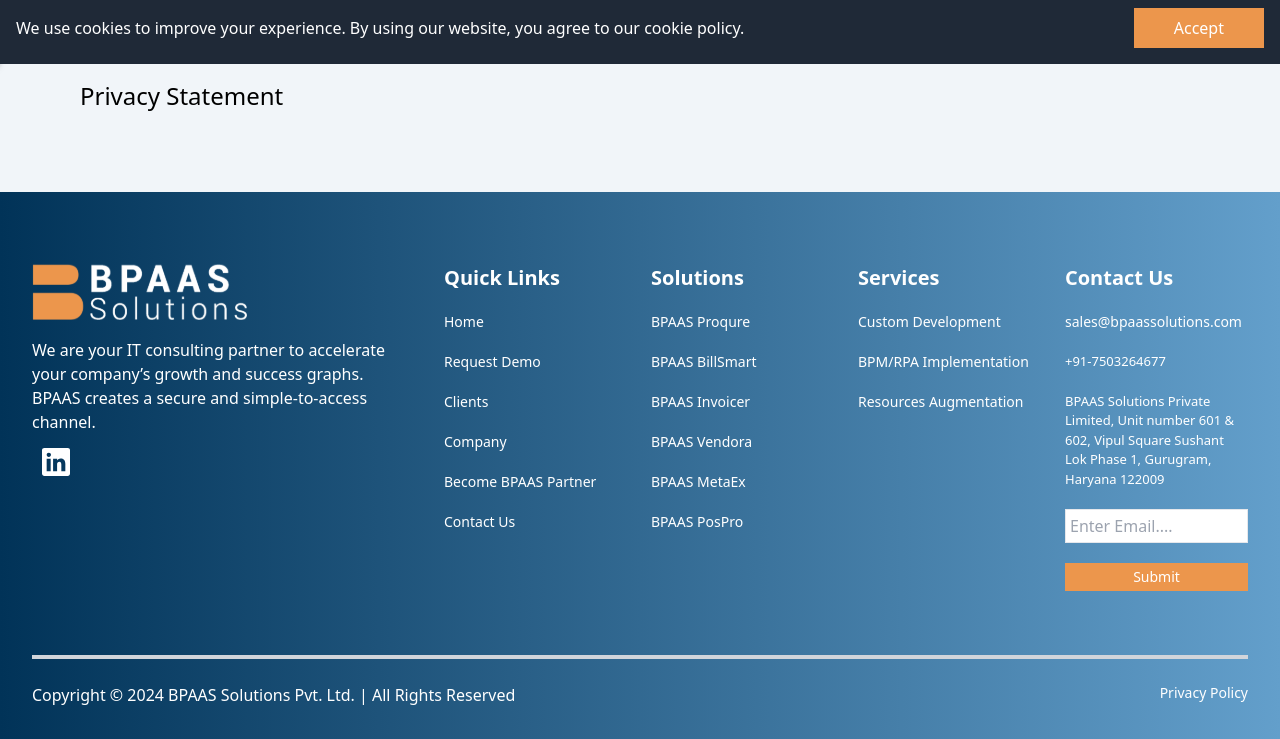
Repository: captainalpha/BP-Website
Page: /services/bp-services
The author's editor kept a copy of each file at every save. The page is drawn from the files as they stood at one save, then again after the next save.
The browser window is 1280 px wide. The pictures show the part of the page from y = 656 to 1399 px (the page is 1395 px tall before and 1399 px after).
The project was rebuilt for these pictures with package versions that can differ from the ones it lists, and the page was loaded fresh each time. The framework's server and built-in components were replaced by stand-ins that run in the browser. Also part of the build but not shown: next.config.js, components/common/TopBanner.js, components/common/SectionHeader.js.

Above is the page before, as saved 2024-08-13 15:00:11.

### pages/_app.js
import Navbar from "../components/common/Navbar";
import "../styles/globals.css";
import Footer from "../components/common/Footer";

import "swiper/css";
import "swiper/css/navigation";
import "swiper/css/pagination";



import { motion, AnimatePresence } from "framer-motion";
import CookiesMain from "../components/common/CookiesMain";

// import styles from './slider.module.scss'
function MyApp({ Component, pageProps, router }) {
  const spring = {
    type: "spring",
    damping: 20,
    stiffness: 100,
    when: "afterChildren",
  };
  return (
    <>
      <div className="z-50 scroll-smooth">
        <Navbar />
      </div>
      <AnimatePresence>
        <div className="page-transition-wrapper">
          <motion.div
            transition={spring}
            key={router.pathname}
            initial={{ y: -300, opacity: 0 }}
            animate={{ y: 0, opacity: 1 }}
            exit={{ y: 300, opacity: 0 }}
            id="page-transition-container"
          >
            <Component {...pageProps} /> <Footer />{" "}
            <CookiesMain/>
          </motion.div>
        </div>
      </AnimatePresence>
    </>
  );
}

export default MyApp;

### pages/services/bp-services.js
import TopBanner from "../../components/common/TopBanner";
import SectionHeader from "../../components/common/SectionHeader";
import TopBanner2 from "../../components/common/TopBanner2";
import Image from "next/image";

function BpServices() {
  return (
    <div>
      <div className="relative">
        <TopBanner2
          image={"/images/policy-service2.jpg"}
          title="Privacy Policy"
          discription="This Privacy Policy explains how we collect, use, disclose, and safeguard your information when you visit our website."
          btnShow={false}
        />
        <div className="absolute top-[1em] right-[10em]">
          <Image
            src="/images/privacypolicy2.png"
            className="w-1/2 mx-auto"
            width="500"
            height="500"
            alt="customer-developement"
          />
        </div>
      </div>


      <div className=" bg-slate-100  p-[5em]">
        <div className="container mx-auto">
         <div className="text-left">
            <h1 className="text-2xl">Privacy Statement</h1>
         </div>
        </div>
      </div>
    </div>
  );
}

export default BpServices;

### styles/globals.css
@tailwind base;
@tailwind components;
@tailwind utilities;

.mySwiper {
  padding: 0 3rem;
}
.swiper-button-next {
  color: white;
  font-size: 20px !important;
}
.swiper-button-prev {
  color: white;
  font-size: 20px !important;
}
.swiper-button-prev:after {
  color: white;
  font-size: 20px !important;
}
.swiper-button-next:after {
  color: white;
  font-size: 20px !important;
}
.container-bpaas{
  max-width: 1100px;
}

/* .swiper-button-prev {

  background-image: url("data:[embedded picture, 251 characters]");
} */
.swiper-button-prev:after {

  border: 2px solid white;
  border-radius: 30%;
  /* width: 25%; */
  background: #ec964c;
  padding: 20%;
}
/* .swiper-button-next {
  background-image: url("data:[embedded picture, 251 characters]");
} */
.swiper-button-next:after {

  border: 2px solid white;
  border-radius: 30%;
  /* width: 25%; */
  background: #ec964c;
  padding: 20%;
}

@media only screen and (max-width: 600px) {
  .swiper-button-next:after {
    display: none;
  }
}
@media only screen and (max-width: 600px) {
  .swiper-button-prev:after {
    display: none;
  }
}




/*OEM Modal */
@layer utilities {
  @keyframes modalOpen {
    0% {
      clip-path: polygon(0 0, 0 0, 0 100%, 0 100%);
      opacity: 0;
    }
    100% {
      clip-path: polygon(0 0, 100% 0, 100% 100%, 0 100%);
      opacity: 1;
    }
  }

  @keyframes modalClose {
    0% {
      clip-path: polygon(0 0, 100% 0, 100% 100%, 0 100%);
      opacity: 1;
    }
    100% {
      clip-path: polygon(50% 0, 50% 0, 50% 100%, 50% 100%);
      opacity: 0;
    }
  }

  .animate-modalOpen {
    animation: modalOpen 0.5s forwards;
  }

  .animate-modalClose {
    animation: modalClose 0.5s forwards;
  }

  .custom-aspect-ratio {
    box-shadow: rgba(149, 157, 165, 0.2) 0px 8px 24px;
    aspect-ratio: 3 / 2;
  }
}

### components/common/Footer.js
import Image from "next/image";
import Link from "next/link";

export default function Footer() {
  return (
    <footer className=" bg-gradient-to-r from-primary to-secondary text-white p-5 md:p-8">
      <div className="  py-10 ">
        <div className="lg:grid lg:grid-cols-9 gap-5">
          <div className="w-full  lg:col-span-3">
            <div className=" space-y-3">
              <div className="">
                <Image
                  alt=""
                  src={require("../../assets/bpass-logo-white.svg")}
                />
              </div>

              <p className="max-w-sm mt-4 ">
                We are your IT consulting partner to accelerate your company’s
                growth and success graphs. BPAAS creates a secure and
                simple-to-access channel.
              </p>

              <div className="flex mt-4 ">
                <a
                  href="https://www.linkedin.com/company/bpaas-solutions-pvt-ltd/"
                  className="mx-2 "
                  aria-label="Linkden"
                >
                  <svg className="w-8 h-8 fill-current" viewBox="0 0 512 512">
                    <path d="M444.17,32H70.28C49.85,32,32,46.7,32,66.89V441.61C32,461.91,49.85,480,70.28,480H444.06C464.6,480,480,461.79,480,441.61V66.89C480.12,46.7,464.6,32,444.17,32ZM170.87,405.43H106.69V205.88h64.18ZM141,175.54h-.46c-20.54,0-33.84-15.29-33.84-34.43,0-19.49,13.65-34.42,34.65-34.42s33.85,14.82,34.31,34.42C175.65,160.25,162.35,175.54,141,175.54ZM405.43,405.43H341.25V296.32c0-26.14-9.34-44-32.56-44-17.74,0-28.24,12-32.91,23.69-1.75,4.2-2.22,9.92-2.22,15.76V405.43H209.38V205.88h64.18v27.77c9.34-13.3,23.93-32.44,57.88-32.44,42.13,0,74,27.77,74,87.64Z" />
                  </svg>
                </a>

                {/* <a href="/contact-us" className="mx-2 " aria-label="Facebook">
                  <svg className="w-4 h-4 fill-current" viewBox="0 0 512 512">
                    <path d="M455.27,32H56.73A24.74,24.74,0,0,0,32,56.73V455.27A24.74,24.74,0,0,0,56.73,480H256V304H202.45V240H256V189c0-57.86,40.13-89.36,91.82-89.36,24.73,0,51.33,1.86,57.51,2.68v60.43H364.15c-28.12,0-33.48,13.3-33.48,32.9V240h67l-8.75,64H330.67V480h124.6A24.74,24.74,0,0,0,480,455.27V56.73A24.74,24.74,0,0,0,455.27,32Z" />
                  </svg>
                </a>

                <a href="/contact-us" className="mx-2 " aria-label="Twitter">
                  <svg className="w-4 h-4 fill-current" viewBox="0 0 512 512">
                    <path d="M496,109.5a201.8,201.8,0,0,1-56.55,15.3,97.51,97.51,0,0,0,43.33-53.6,197.74,197.74,0,0,1-62.56,23.5A99.14,99.14,0,0,0,348.31,64c-54.42,0-98.46,43.4-98.46,96.9a93.21,93.21,0,0,0,2.54,22.1,280.7,280.7,0,0,1-203-101.3A95.69,95.69,0,0,0,36,130.4C36,164,53.53,193.7,80,211.1A97.5,97.5,0,0,1,35.22,199v1.2c0,47,34,86.1,79,95a100.76,100.76,0,0,1-25.94,3.4,94.38,94.38,0,0,1-18.51-1.8c12.51,38.5,48.92,66.5,92.05,67.3A199.59,199.59,0,0,1,39.5,405.6,203,203,0,0,1,16,404.2,278.68,278.68,0,0,0,166.74,448c181.36,0,280.44-147.7,280.44-275.8,0-4.2-.11-8.4-.31-12.5A198.48,198.48,0,0,0,496,109.5Z" />
                  </svg>
                </a> */}
              </div>
            </div>
          </div>

          <div className="mt-6 lg:mt-0 lg:flex-1 lg:col-span-6">
            <div className="grid grid-cols-2 gap-6 sm:grid-cols-3 md:grid-cols-4">
              <div className="space-y-5">
                <h3 className="text-xl font-bold ">Quick Links</h3>
                <Link passHref href="/">
                  <a className="block  text-sm  hover:underline hover:text-orange">
                    Home
                  </a>
                </Link>

                <Link passHref href="/request-demo">
                  <a className="block  text-sm  hover:underline hover:text-orange">
                    Request Demo
                  </a>
                </Link>
                <Link passHref href="/clients">
                  <a className="block  text-sm  hover:underline hover:text-orange">
                    Clients
                  </a>
                </Link>
                <Link passHref href="/about-us">
                  <a className="block  text-sm  hover:underline hover:text-orange">
                    Company
                  </a>
                </Link>
                <Link passHref href="/become-partner">
                  <a className="block  text-sm  hover:underline hover:text-orange">
                    Become BPAAS Partner
                  </a>
                </Link>
                <Link passHref href="/contact-us">
                  <a className="block  text-sm  hover:underline hover:text-orange">
                    Contact Us
                  </a>
                </Link>
              </div>

              <div className="space-y-5">
                <h3 className="text-xl font-bold">Solutions</h3>
                <Link passHref href="/solutions/bpaas-proqure">
                  <a className="block  text-sm  hover:underline hover:text-orange">
                    BPAAS Proqure
                  </a>
                </Link>
                <Link passHref href="/solutions/bpaas-billsmart">
                  <a className="block  text-sm  hover:underline hover:text-orange">
                    BPAAS BillSmart
                  </a>
                </Link>
                <Link passHref href="/solutions/bpaas-invoicer">
                  <a className="block  text-sm  hover:underline hover:text-orange">
                    BPAAS Invoicer
                  </a>
                </Link>
                <Link passHref href="/solutions/bpaas-vendora">
                  <a className="block  text-sm  hover:underline hover:text-orange">
                    BPAAS Vendora
                  </a>
                </Link>
                {/* <Link passHref href="/solutions/bpaas-smartex">
                  <a className="block  text-sm  hover:underline hover:text-orange">
                    BPAAS SmartEx
                  </a>
                </Link> */}
                <a
                  className="block  text-sm  hover:underline hover:text-orange"
                  href="https://metasolve.io/"
                  target="_blank"
                  rel="noreferrer"
                >
                  BPAAS MetaEx
                </a>
                <Link passHref href="/solutions/bpaas-pospro">
                  <a className="block  text-sm  hover:underline hover:text-orange">
                    BPAAS PosPro
                  </a>
                </Link>
              </div>

              <div className="space-y-5">
                <h3 className=" text-xl font-bold  ">Services</h3>

                <Link passHref href="/services/custom-development">
                  <a className="block  text-sm  hover:underline hover:text-orange">
                    Custom Development
                  </a>
                </Link>
                <Link passHref href="/services/bpm-rpa-implementation">
                  <a className="block  text-sm  hover:underline hover:text-orange">
                    BPM/RPA Implementation
                  </a>
                </Link>
                <Link passHref href="/services/resource-augmentation">
                  <a className="block  text-sm  hover:underline hover:text-orange">
                    Resources Augmentation
                  </a>
                </Link>
              </div>

              <div className="space-y-5">
                <h3 className=" text-xl font-bold ">Contact Us</h3>
                {/* <span className="block  text-sm  hover:underline hover:text-orange">
                  abhishek.kumar@bpaassolutions.com
                </span> */}
                <span className="block  text-sm  hover:underline hover:text-orange">
                  sales@bpaassolutions.com
                </span>
                <span className="block  text-[13px]  hover:underline hover:text-orange">
                  +91-7503264677
                </span>
                <span className="block  text-[13px]  hover:underline hover:text-orange">
                  BPAAS Solutions Private Limited, Unit number 601 & 602, Vipul
                  Square Sushant Lok Phase 1, Gurugram, Haryana 122009
                </span>
                <input
                  className="block p-1 outline-none border text-black w-full"
                  placeholder="Enter Email...."
                />
                <button className="text-sm bg-orange px-2 py-1 w-full">
                  Submit
                </button>
              </div>
            </div>
          </div>
        </div>
      </div>
      <hr className="h-1 w-full my-6 bg-gray-300 border-none " />

      <div className="flex justify-between">
        <div>
          <p className="text-center text-white">
            Copyright © 2024 BPAAS Solutions Pvt. Ltd. | All Rights Reserved
          </p>
        </div>
        <div>
          <Link passHref href="/services/bp-services">
            <a className="block  text-sm  hover:underline hover:text-orange">
            Privacy Policy
            </a>
          </Link>
        </div>
      </div>
    </footer>
  );
}

### components/common/CookiesMain.js
import { useState, useEffect } from 'react';
import Cookies from 'js-cookie';


const CookiesMain = () => {
    const [showBanner, setShowBanner] = useState(false);

  useEffect(() => {
    const consent = Cookies.get('cookie-consent');
    if (!consent) {
      setShowBanner(true);
    }
  }, []);

  const acceptCookies = () => {
    Cookies.set('cookie-consent', 'true', { expires: 365 });
    setShowBanner(false);
  };

  if (!showBanner) return null;
  return (
    <>

    <div className="fixed bottom-0 left-0 right-0 bg-gray-800 text-white p-4 flex justify-between items-center z-50">
      <span>We use cookies to improve your experience. By using our website, you agree to our cookie policy.</span>
      <button
        onClick={acceptCookies}
        className="bg-orange text-white px-4 md:px-10 py-2"
      >
        Accept
      </button>
    </div>

    </>
  )
}
export default CookiesMain

### components/common/TopBanner2.js
import Link from "next/link";
function TopBanner2({ image, title, discription, onClick,btnShow}) {
  return (
    <div
      style={{ backgroundImage: `url(${image})` }}
      className={`lg:h-[80vh] h-[60vh] mt-20 w-full text-white flex p-10 items-center bg-no-repeat bg-cover `}
    >
      <div className="space-y-4 lg:w-1/2  md:text-left">
        <h1 className="lg:text-5xl text-3xl font-bold capitalize ">{title}</h1>
        <p className="w-full lg:text-xl lg:text-justify tracking-tighter">
          {discription}
        </p>
    {btnShow&&(
        <Link passHref href="/request-demo">
          <button className="px-8 py-2  border-white border-2 hover:bg-orange font-medium text-xl">
            Request Demo
          </button>
        </Link>
    )}
      </div>
    </div>
  );
}

export default TopBanner2;

### tailwind.config.js
module.exports = {
  content: [
    "./pages/**/*.{js,ts,jsx,tsx}",
    "./components/**/*.{js,ts,jsx,tsx}",
  ],
  theme: {
    extend: {
      keyframes: {
        modalOpen: {
          '0%': { transform: 'scale(0)', opacity: 0 },
          '100%': { transform: 'scale(1)', opacity: 1 },
        },
        modalClose: {
          '0%': { transform: 'scale(1)', opacity: 1 },

        },
        fragmentIn: {
          '0%': { opacity: 0, transform: 'translate(-50px, -50px)' },
          '100%': { opacity: 1, transform: 'translate(0, 0)' },
        },
        fragmentOut: {
          '0%': { opacity: 1, transform: 'translate(0, 0)' },
          '100%': { opacity: 0, transform: 'translate(50px, 50px)' },
        },

      },
      animation: {
        modalOpen: 'modalOpen 0.5s ease-out forwards',
        modalClose: 'modalClose 0.5s ease-in forwards',
        fragmentIn: 'fragmentIn 0.5s ease-out forwards',
        fragmentOut: 'fragmentOut 0.5s ease-in forwards',
      },
      backgroundImage: {
        "testimonial-bg": "url('/img/hero-pattern.svg')",
        "testimonial-bgs": "url('/')",
      },
      colors: {
        primary: "#013358",
        secondary: "#639FCB",
        primaryText: "#1D669C",
        orange: "#EC964C",
        glassEffect:
          "linear-gradient(105.47deg, #FFFFFF -13.63%, rgba(255, 255, 255, 0) 108.8%)",
      },
      backgroundSize: {
        "size-200": "200% 200%",
      },
      backgroundPosition: {
        "pos-0": "0% 0%",
        "pos-100": "100% 100%",
      },
    },
    variants: {
      fill: ["hover", "focus"],
    },
    boxShadow: {
      "3xl": "0 35px 60px -15px rgba(0, 0, 0, 0.3)",
    },
  },
  plugins: [],
};

Loaded but not shown: components/common/Navbar.js (726 lines, source omitted)

After the next save:
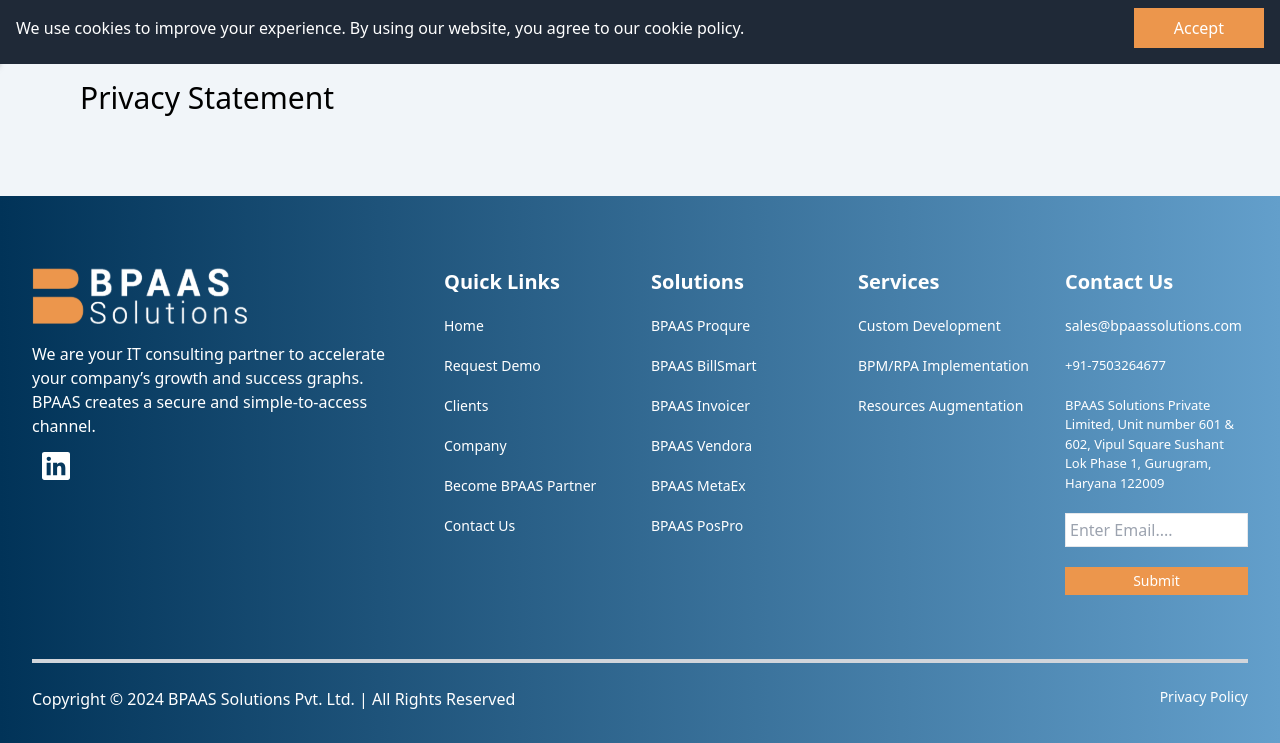
Saved 4 s later.
--- a/pages/services/bp-services.js
+++ b/pages/services/bp-services.js
@@ -28,7 +28,7 @@
       <div className=" bg-slate-100  p-[5em]">
         <div className="container mx-auto">
          <div className="text-left">
-            <h1 className="text-2xl">Privacy Statement</h1>
+            <h1 className="text-3xl">Privacy Statement</h1>
          </div>
         </div>
       </div>
